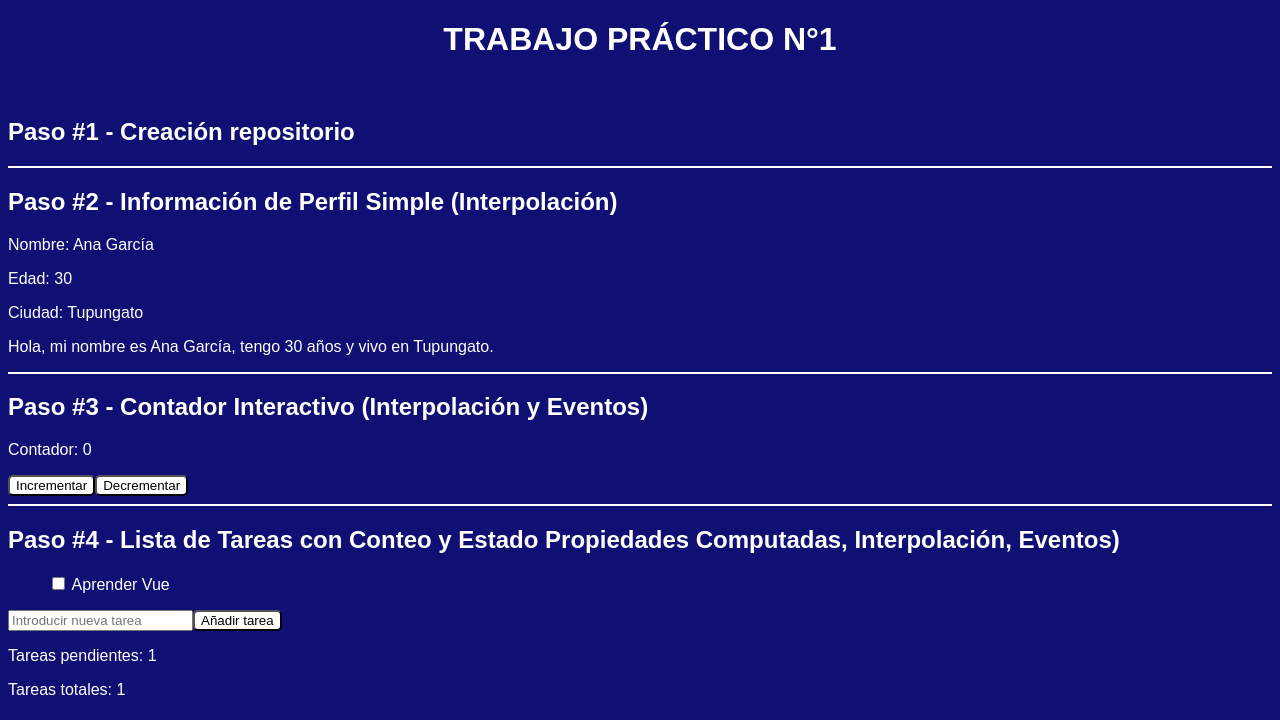
Repository: SofiaSferco/PWA
Page: practico01/index.html
The author's editor kept a copy of each file at every save. The page is drawn from the files as they stood at one save, then again after the next save.
The browser window is 1280 px wide. The pictures show the whole page.

Above is the page before, as saved 2025-10-03 14:13:07.

### practico01/index.html
<!DOCTYPE html>
<html lang="en">
<head>
    <meta charset="UTF-8">
    <title>Trabajo Práctico 1</title>
    <script src="https://unpkg.com/vue@3/dist/vue.global.js"></script>
</head>
<body>
    <div id="app">
        <h1>TRABAJO PRÁCTICO N°1</h1>
        <br>
        <h2>Paso #1 - Creación repositorio</h2>
        <hr>
        <h2>{{ segundopaso }}</h2>
            <p>Nombre: {{ nombre }}</p>
            <p>Edad: {{ edad }}</p>
            <p>Ciudad: {{ ciudad }}</p>
            <p>Hola, mi nombre es {{ nombre }}, tengo {{ edad }} años y vivo en {{ ciudad }}.</p>
        <hr>
        <h2>{{ tercerpaso }}</h2>
            <p>Contador: {{ contador }}</p>
            <button v-on:click="contador++">Incrementar</button>
            <button @click="contador--">Decrementar</button>
        <hr>
        <h2>{{cuartopaso}}</h2>
        <ul>
            <li v-for="tarea in tareas" :key="tarea.id" :class="{tachar: tarea.completada}"><input type="checkbox" v-model="tarea.completada"> {{tarea.texto}}</li>
        </ul>
        <input v-model="nuevaTarea" placeholder="Introducir nueva tarea">
        <button @click="agregarTarea">Añadir tarea</button>
        <p>Tareas pendientes: {{tareasPendientes}}</p>
        <p>Tareas totales: {{tareasTotales}}</p>



    </div>
    <script>
        const { createApp } = Vue;
        createApp({
            data() {
                return {
                    segundopaso: 'Paso #2 - Información de Perfil Simple (Interpolación)',
                    nombre: 'Ana García',
                    edad: 30,
                    ciudad: 'Tupungato',
                    tercerpaso: 'Paso #3 - Contador Interactivo (Interpolación y Eventos)',
                    contador: 0,
                    cuartopaso: 'Paso #4 - Lista de Tareas con Conteo y Estado Propiedades Computadas, Interpolación, Eventos)',
                    nuevaTarea: '',
                    tareas: [{
                        id: 1,
                        texto: "Aprender Vue",
                        completada: false
                    }
                    ]
               }
            }, methods: {
                agregarTarea() {
                    if (this.nuevaTarea != "") { //asi como está admite espacios y permito agregar tareas vacias si uso this.nuevaTarea.trim() ahi limito eso
                        this.tareas.push({
                            id: this.tareas.length +1,
                            texto: this.nuevaTarea,
                            completada: false
                        })
                        }
                    this.nuevaTarea = '';
                    }
                }, computed: {
                    tareasPendientes() {
                        return this.tareas.filter (tarea => !tarea.completada).length;
                    },
                     tareasTotales() {
                        return this.tareas.length;
                    }
                }
            },
        ).mount('#app');
    </script>
</body>
<style>
    body {
        font-family: Arial, Helvetica, sans-serif;
        background-color: rgb(16, 16, 116);
        color: #ffff;
    }
    h1{
        text-align: center;
    }
    h2 {
        color: #ffff;
    }
    hr {
        border: 1px solid #ffff;
    }
    button {
        background-color: #ffff;
        color: black;
        cursor: pointer;
        border-radius: 5px;
    }
    button:hover {
        background-color: rgb(177, 177, 240);
    }
    ul{
        list-style-type: none;
    }
    .tachar{
        text-decoration: line-through;
        color: #ffff;
    }
</style>
</html>

After the next save:
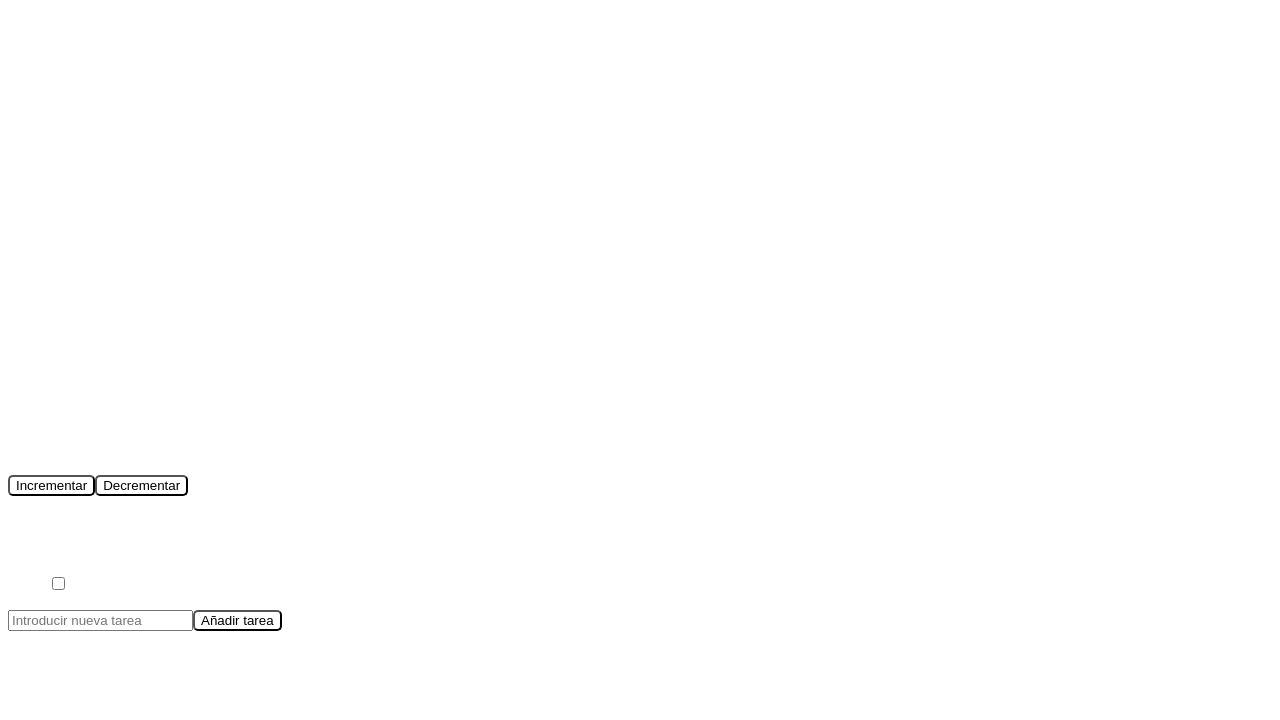
Saved 54 s later.
--- a/practico01/index.html
+++ b/practico01/index.html
@@ -80,7 +80,6 @@
 <style>
     body {
         font-family: Arial, Helvetica, sans-serif;
-        background-color: rgb(16, 16, 116);
         color: #ffff;
     }
     h1{
